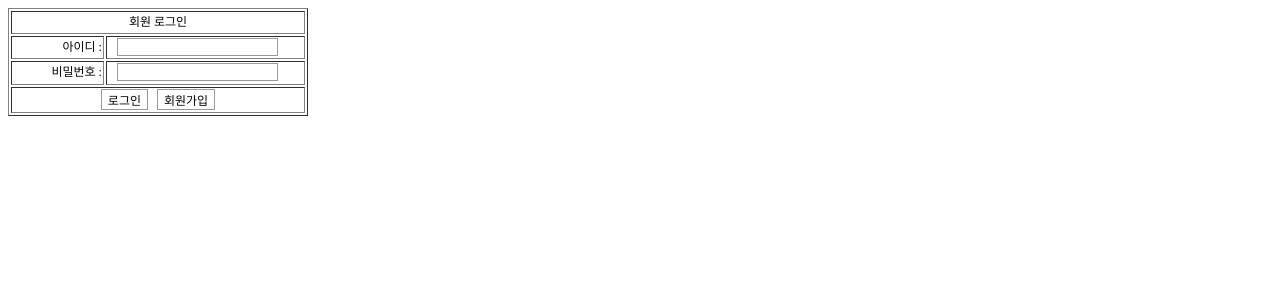
Repository: JIYEON25/model
Page: http://localhost/myWeb/memberone/login.jsp
An editor plug-in stored every save of this project. The page is shown before and after the next save, followed by the edit.
The browser window is 1280 px wide. The pictures show the whole page.
The page is served by Tomcat 9. Other server files are loaded and not shown.

Above is the page before, as saved 2023-09-15 05:23:29.

### model1/myJSP/myWeb/src/main/webapp/memberone/login.jsp
<%@ page language="java" contentType="text/html; charset=UTF-8"
    pageEncoding="UTF-8"%>
<!DOCTYPE html>
<html>
<head>
	<meta charset="UTF-8">
	<title>Login</title>
	<link href="style.css" type="text/css" rel="stylesheet"/>
</head>
<body>
	<form method="post" action="#">
	<table width="300" border="1">
		<tr>
			<td colspan="2" align="center">회원 로그인</td>
		</tr>
		<tr>
			<td align="right" width="100">아이디 : </td>
			<td width="200">&nbsp;&nbsp;
				<input type="text" name="id" size="20"/></td>
		</tr>
		<tr>
			<td align="right" width="100">비밀번호 : </td>
			<td width="200">&nbsp;&nbsp;
				<input type="text" name="id" size="20"/></td>
		</tr>
		<tr>
			<td colspan="2" align="center">
				<input type="submit" value="로그인"/>&nbsp;&nbsp;
				<input type="button" value="회원가입" onClink="javascript:window.location='regForm.jsp"/>
			</td>
		</tr>
	</table>
	</form>
</body>
</html>

### model1/myJSP/myWeb/src/main/webapp/memberone/style.css
@charset "UTF-8";

BODY {
	FONT-SIZE: 9pt;
	COLOR: black;
	LINE-HEIGHT: 160%;
}

TD {
	FONT-SIZE: 9pt;
	COLOR: black;
	LINE-HEIGHT: 160%;
}

SELECT {
	FONT-SIZE: 9pt;
	COLOR: black;
	LINE-HEIGHT: 160%;
}

DIV {
	FONT-SIZE: 9pt;
	COLOR: black;
	LINE-HEIGHT: 160%;
}

FORM {
	FONT-SIZE: 9pt;
	COLOR: black;
	LINE-HEIGHT: 160%;
}

TEXTAREA {
	BORDER-RIGHT: 1px solid #999999;
	BORDER-TOP: 1px solid #999999;
	FONT-SIZE: 9pt;
	BORDER-LEFT: 1px solid #999999;
	COLOR: BLACK;
	BORDER-BOTTOM: 1px solid #999999;
	BACKGROUND-COLOR: white;
}

INPUT {
	BORDER-RIGHT: 1px solid #999999;
	BORDER-TOP: 1px solid #999999;
	FONT-SIZE: 9pt;
	BORDER-LEFT: 1px solid #999999;
	COLOR: BLACK;
	BORDER-BOTTOM: 1px solid #999999;
	BACKGROUND-COLOR: white;
}

A:link {
	text-decoration:none;
	color:#696969
}

A:hover {
	text-decoration:yes;
	color:#66CCFF
}

A:visited {
	text-decoration:none;
	color:#330066
}

After the next save:
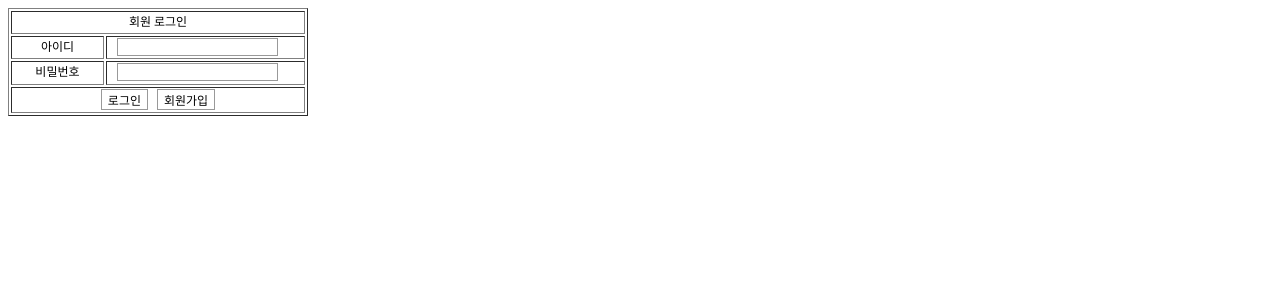
Saved 75 s later.
--- a/model1/myJSP/myWeb/src/main/webapp/memberone/login.jsp
+++ b/model1/myJSP/myWeb/src/main/webapp/memberone/login.jsp
@@ -14,12 +14,12 @@
 			<td colspan="2" align="center">회원 로그인</td>
 		</tr>
 		<tr>
-			<td align="right" width="100">아이디 : </td>
+			<td align="center" width="100">아이디</td>
 			<td width="200">&nbsp;&nbsp;
 				<input type="text" name="id" size="20"/></td>
 		</tr>
 		<tr>
-			<td align="right" width="100">비밀번호 : </td>
+			<td align="center" width="100">비밀번호</td>
 			<td width="200">&nbsp;&nbsp;
 				<input type="text" name="id" size="20"/></td>
 		</tr>
